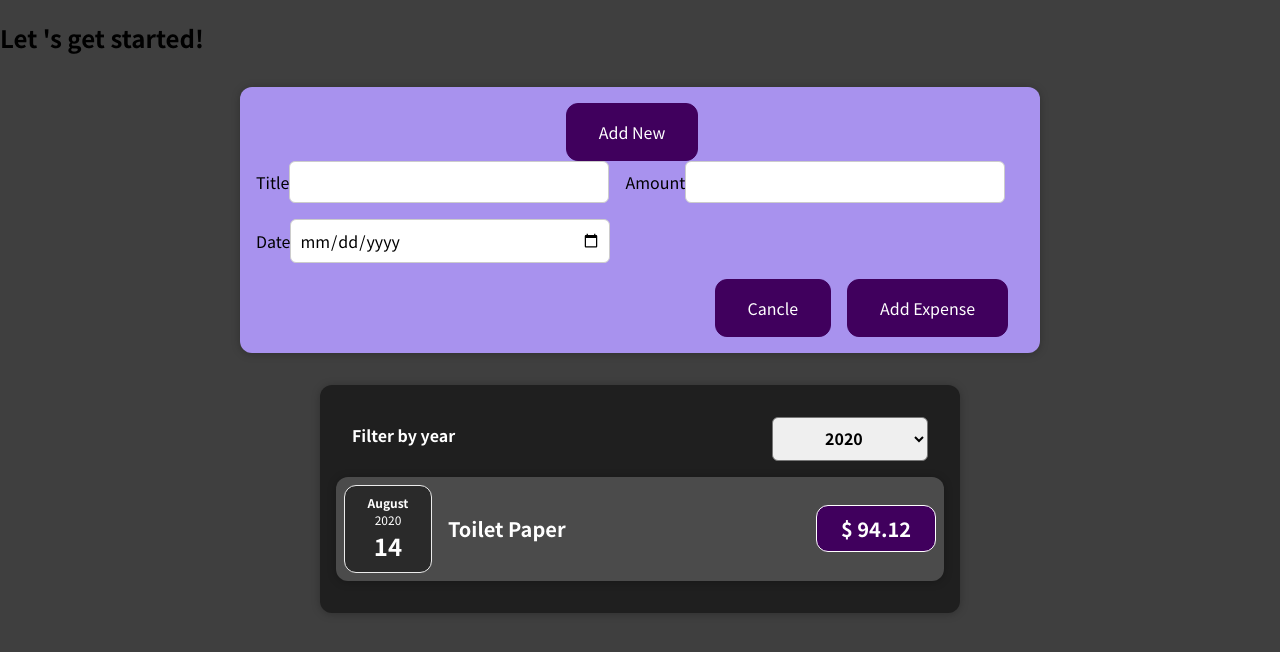
Repository: prathmeshgodbole/react-complete
Page: /
These files come from the project's save history. The page is drawn as it stood at one moment and after the next save; the edit follows.
The browser window is 1280 px wide. The pictures show the whole page.
The project was rebuilt for these pictures with package versions that can differ from the ones it lists, and the page was loaded fresh each time.

Above is the page before, as saved 2021-07-06 17:18:21.

After the next save:
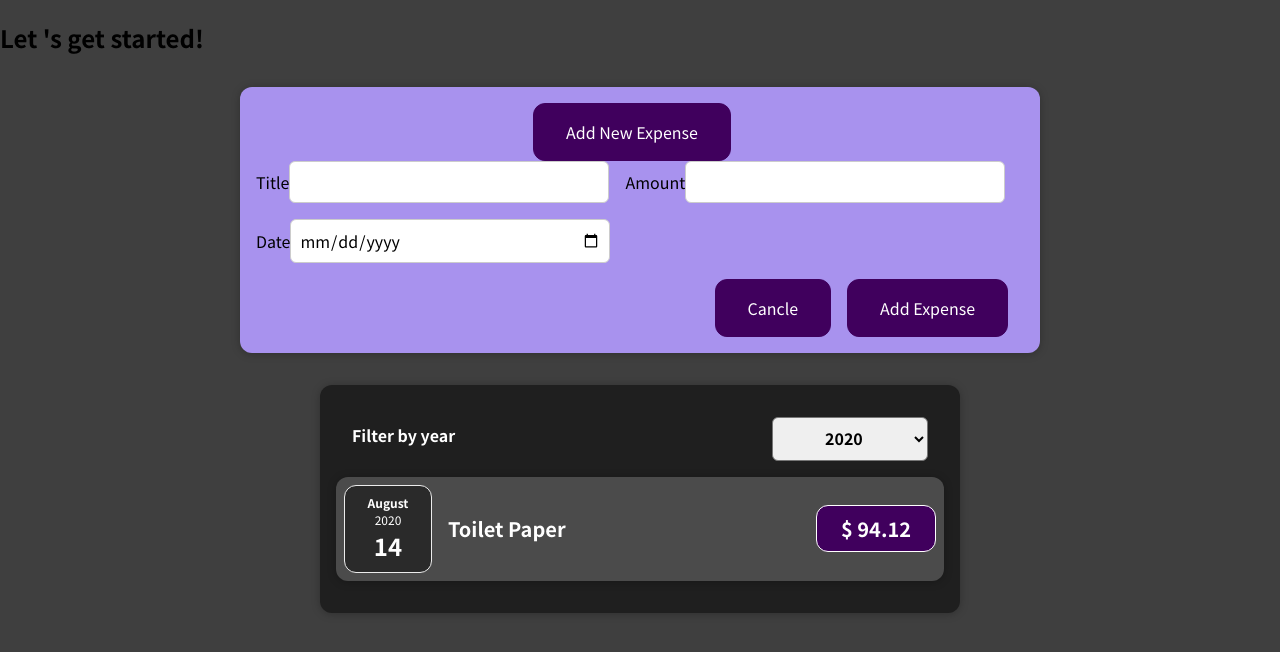
Saved 4 s later.
--- a/src/components/NewExpense/NewExpense.js
+++ b/src/components/NewExpense/NewExpense.js
@@ -12,7 +12,7 @@ const NewExpense = (props) => {
   };
   return (
     <div className="new-expense">
-    <button>Add New </button>
+    <button>Add New Expense</button>
       <ExpenseForm onSaveExpenseData={saveExpenseDataHandler} />
     </div>
   );
